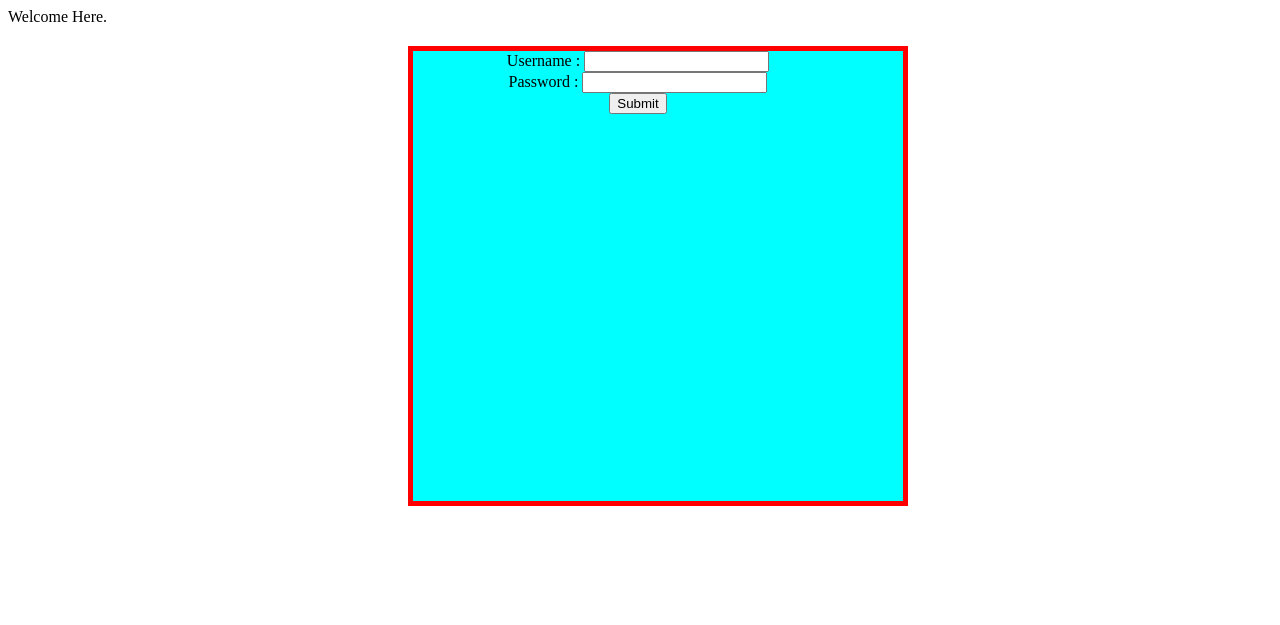
Repository: sunil965/JavaRepo
Page: WebProject/WebContent/index.html
The author's editor kept a copy of each file at every save. The page is drawn from the files as they stood at one save, then again after the next save.
The browser window is 1280 px wide. The pictures show the whole page.

Above is the page before, as saved 2017-04-26 11:05:08.

After the next save:
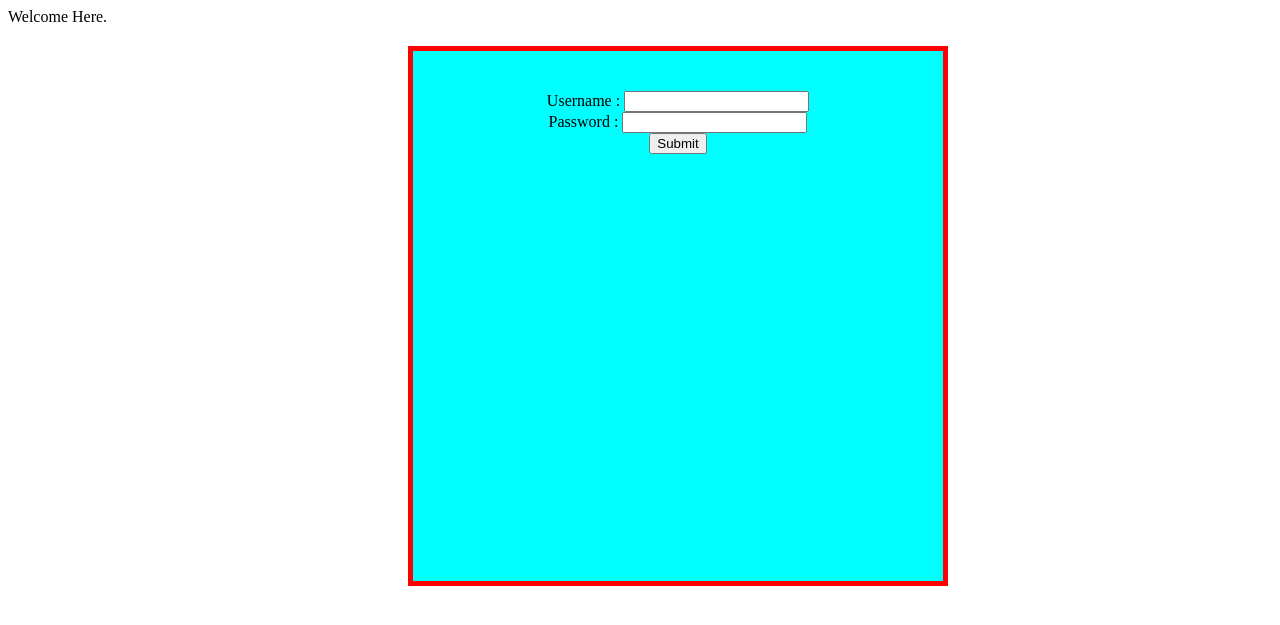
Saved 8 s later.
--- a/WebProject/WebContent/index.html
+++ b/WebProject/WebContent/index.html
@@ -12,7 +12,7 @@
    background-color: cyan;
    margin-left: 400px;
    margin-top: 20px;
-   padding-right: 40px;
+   padding: 40px;
 
 
 }
